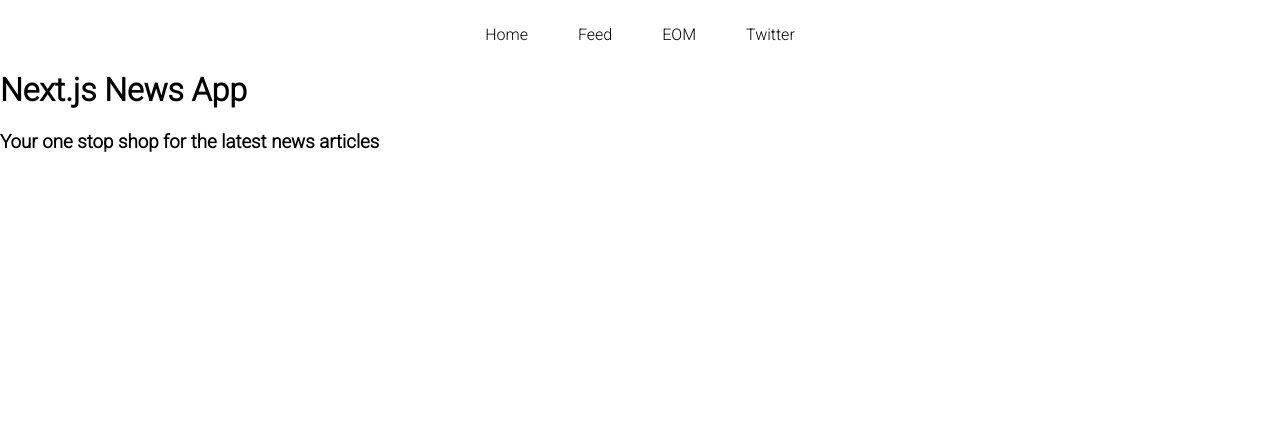
Repository: Krish-Sinha/next-news
Page: /
The author's editor kept a copy of each file at every save. The page is drawn from the files as they stood at one save, then again after the next save.
The browser window is 1280 px wide. The pictures show the whole page.
The project was rebuilt for these pictures with package versions that can differ from the ones it lists, and the page was loaded fresh each time. The framework's server and built-in components were replaced by stand-ins that run in the browser. Also part of the build but not shown: next.config.js.

Above is the page before, as saved 2023-06-14 13:20:39.

After the next save:
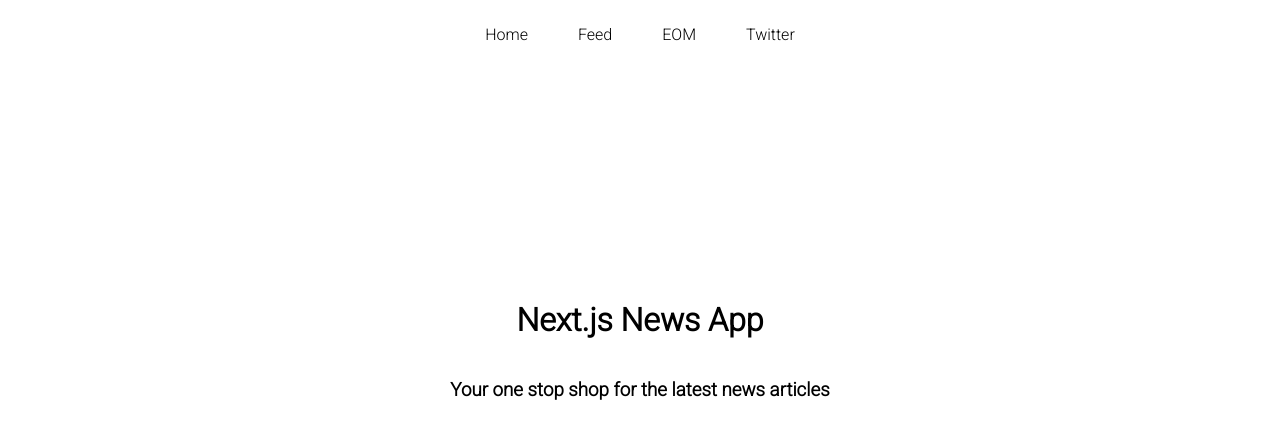
Saved 15 min 7 s later.
--- a/pages/index.js
+++ b/pages/index.js
@@ -6,7 +6,7 @@
 	return (
 		<div className="page-container">
 			<Toolbar />
-			<div className="{styles.main}">
+			<div className={styles.main}>
 				<h1>Next.js News App</h1>
 				<h3>Your one stop shop for the latest news articles</h3>
 			</div>
